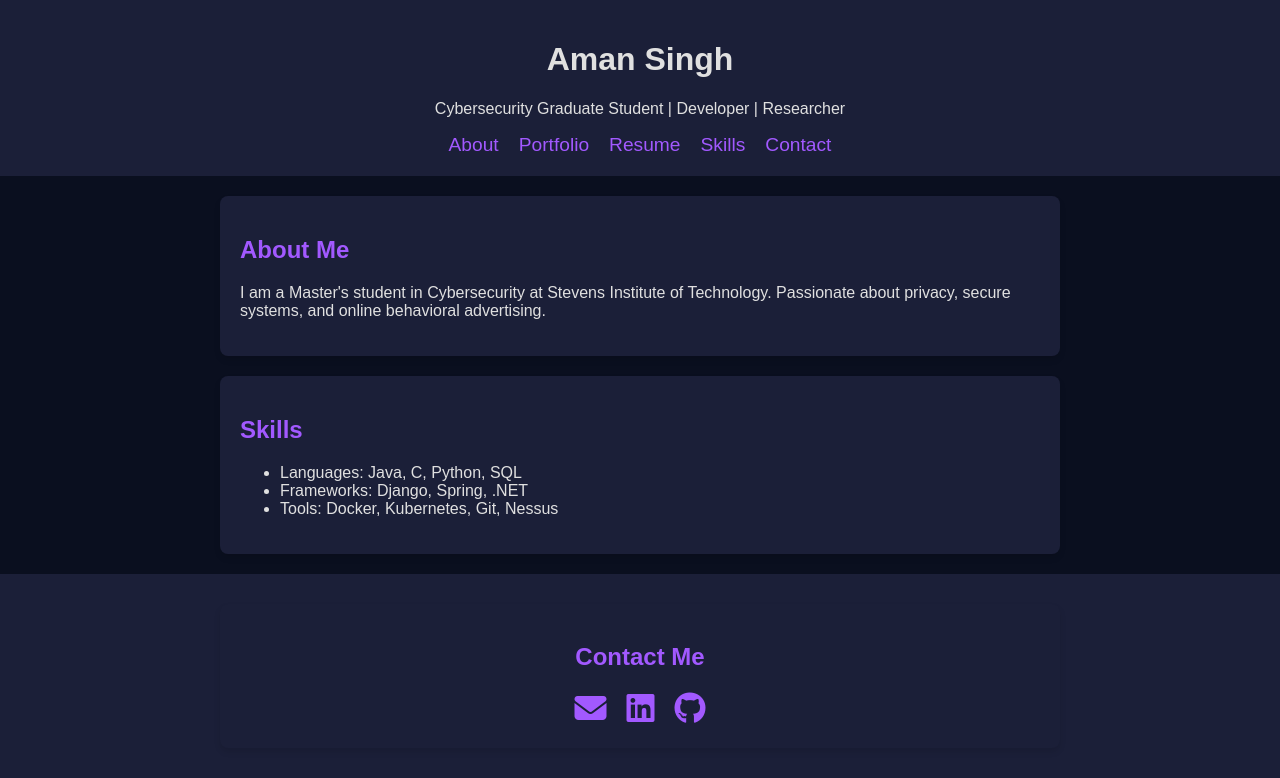
Repository: aman3singh/portfolio
Page: index.html
The author's editor kept a copy of each file at every save. The page is drawn from the files as they stood at one save, then again after the next save.
The browser window is 1280 px wide. The pictures show the whole page.

Above is the page before, as saved 2025-02-11 18:51:17.

### index.html
<!DOCTYPE html>
<html lang="en">
<head>
    <meta charset="UTF-8">
    <meta name="viewport" content="width=device-width, initial-scale=1.0">
    <title>Aman Singh | Cybersecurity Portfolio</title>
    <link rel="stylesheet" href="styles.css">
    <link rel="stylesheet" href="https://cdnjs.cloudflare.com/ajax/libs/font-awesome/6.4.2/css/all.min.css">
</head>
<body>
    <header>
        <h1>Aman Singh</h1>
        <p>Cybersecurity Graduate Student | Developer | Researcher</p>
        <nav>
            <a href="#about">About</a>
            <a href="portfolio.html">Portfolio</a>
            <a href="resume.html">Resume</a>
            <a href="#skills">Skills</a>
            <a href="#contact">Contact</a>
        </nav>
    </header>

    <section id="about">
        <h2>About Me</h2>
        <p>I am a Master's student in Cybersecurity at Stevens Institute of Technology. Passionate about privacy, secure systems, and online behavioral advertising.</p>
    </section>

    <section id="skills">
        <h2>Skills</h2>
        <ul>
            <li>Languages: Java, C, Python, SQL</li>
            <li>Frameworks: Django, Spring, .NET</li>
            <li>Tools: Docker, Kubernetes, Git, Nessus</li>
        </ul>
    </section>



    <footer>
        <section id="contact">
            <h2>Contact Me</h2>
            <div class="social-links" style="display: flex; gap: 20px; font-size: 2rem;">
                <a href="mailto:aman3singh.work@gmail.com" target="_blank">
                    <i class="fa-solid fa-envelope"></i>
                </a>
                <a href="https://www.linkedin.com/in/aman-singh7/" target="_blank">
                    <i class="fa-brands fa-linkedin"></i>
                </a>
                <a href="https://github.com/aman3singh" target="_blank">
                    <i class="fa-brands fa-github"></i>
                </a>
            </div>
        </section>
    </footer>
</body>
</html>

### styles.css
body {
    font-family: 'Arial', sans-serif;
    margin: 0;
    padding: 0;
    background-color: #0A0F1F;
    color: #E0E0E0;
}

header {
    background-color: #1B1F38;
    color: 	#E0E0E0;
    text-align: center;
    padding: 20px;
}

nav {
    display: flex;
    justify-content: center;
    gap: 20px;
}

nav a {
    color: #A259FF;
    text-decoration: none;
    font-size: 1.2em;
    transition: color 0.3s;
}

nav a:hover {
    color: #00E5FF;
}

section {
    padding: 20px;
    margin: 20px auto;
    max-width: 800px;
    background: #1B1F38;
    box-shadow: 0px 4px 6px rgba(0, 0, 0, 0.1);
    border-radius: 8px;
}

h2 {
    color: #A259FF;
}

.project {
    border-left: 4px solid #A259FF;
    padding-left: 10px;
    margin-bottom: 15px;
}

.social-links {
    display: flex;
    justify-content: center;
    gap: 15px;
    font-size: 2rem;
}

.social-links a {
    color: #A259FF;
    transition: color 0.3s;
}

.social-links a:hover {
    color: #00E5FF;
}

footer {
    text-align: center;
    padding: 10px;
    background-color: #1B1F38;
    color: #E0E0E0;
}

After the next save:
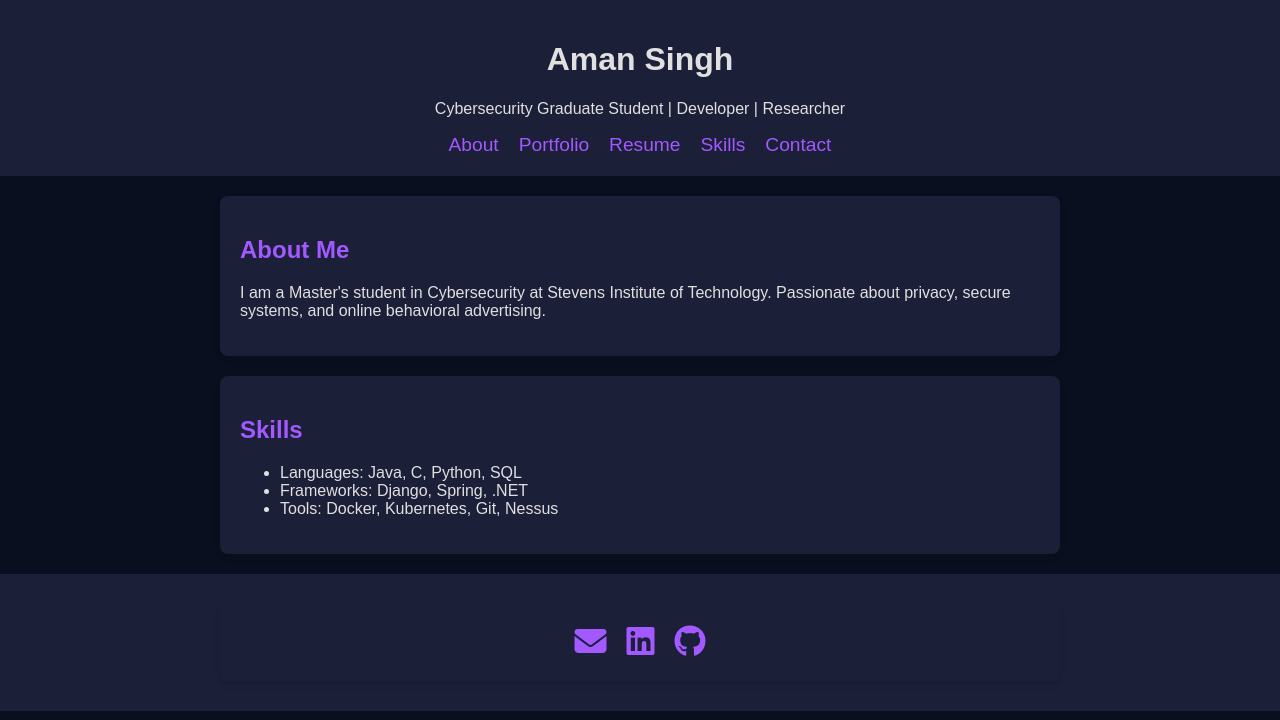
Saved 62 s later.
--- a/index.html
+++ b/index.html
@@ -38,7 +38,6 @@
 
     <footer>
         <section id="contact">
-            <h2>Contact Me</h2>
             <div class="social-links" style="display: flex; gap: 20px; font-size: 2rem;">
                 <a href="mailto:aman3singh.work@gmail.com" target="_blank">
                     <i class="fa-solid fa-envelope"></i>
